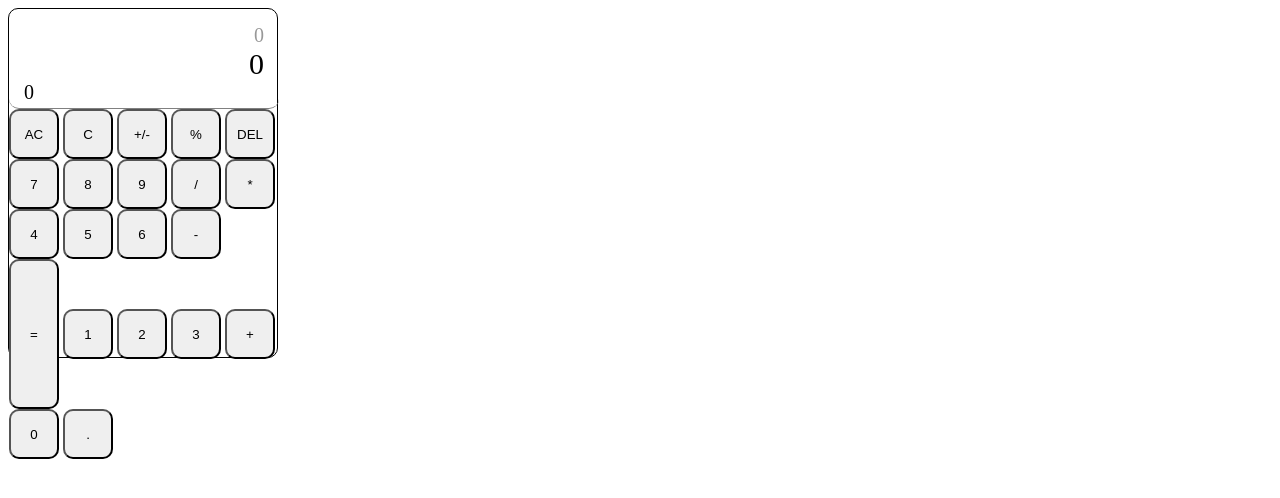
Repository: baziz22/Vanilla_JS_Projects
Page: claculator/index.html
These files come from the project's save history. The page is drawn as it stood at one moment and after the next save; the edit follows.
The browser window is 1280 px wide. The pictures show the whole page.

Above is the page before, as saved 2022-03-02 02:57:06.
Console error: SyntaxError: Malformed arrow function parameter list

After the next save:
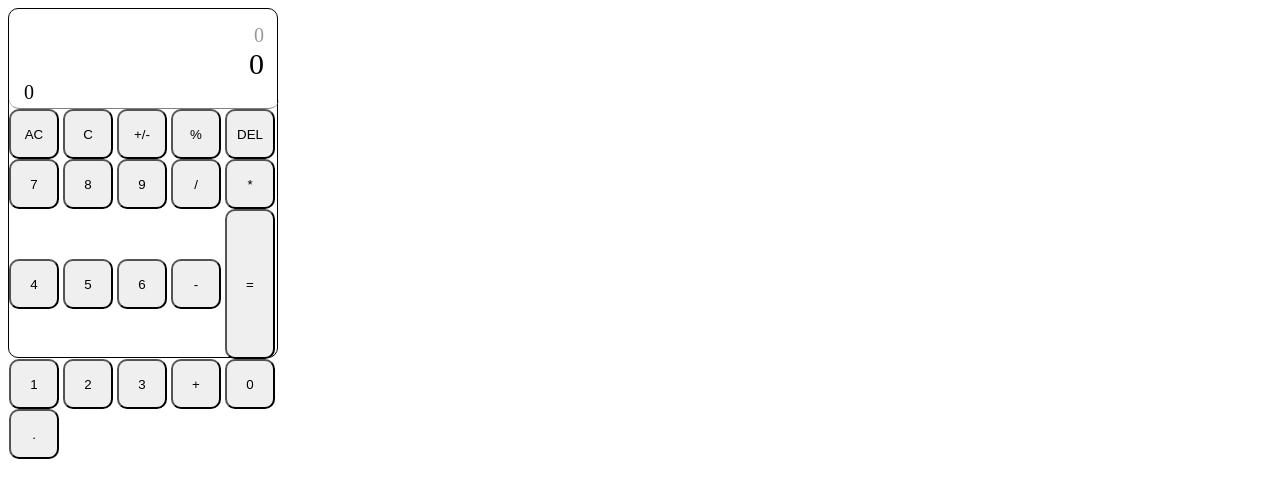
Saved 16 s later.
--- a/claculator/index.html
+++ b/claculator/index.html
@@ -32,7 +32,7 @@
           <button class="btn" number>5</button>
           <button class="btn" number>6</button>
           <button class="btn" operation">-</button>
-          <div>
+
           <button class="btn" equal id="equals">=</button>
           <button class="btn" number>1</button>
           <button class="btn" number>2</button>
@@ -40,7 +40,7 @@
           <button class="btn" operation>+</button>
           <button class="btn" number>0</button>
           <button class="btn" number dot>.</button>
-          </div>
+
 
         </div>
       </div>
